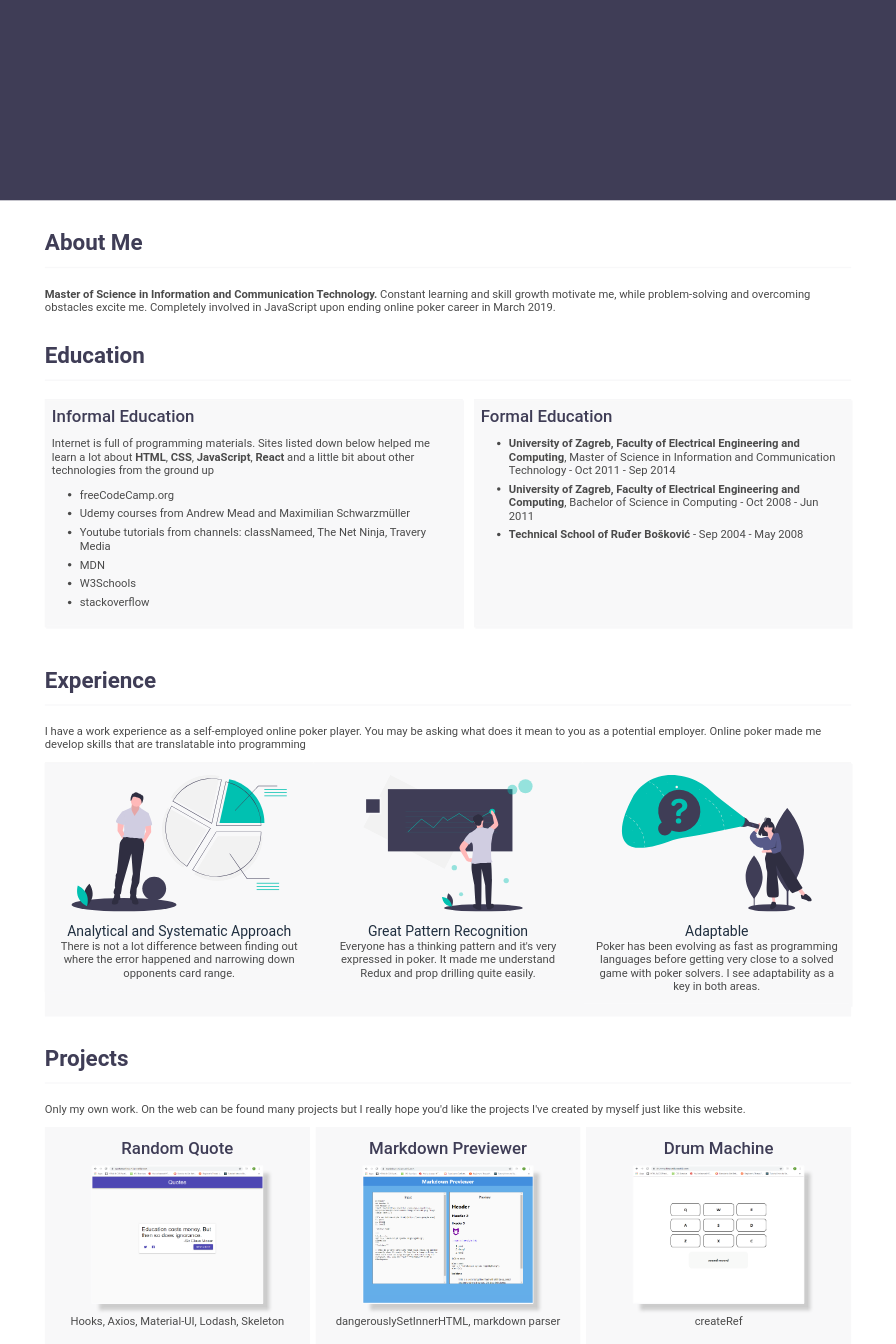
Repository: milac0/my-website
Page: /
These files come from the project's save history. The page is drawn as it stood at one moment and after the next save; the edit follows.
The browser window is 1280 px wide. The pictures show the part of the page from y = 503 to 2423 px (the page is 3218 px tall before and 3182 px after), at 70% of full size.
The project was rebuilt for these pictures with package versions that can differ from the ones it lists, and the page was loaded fresh each time. Also part of the build but not shown: src/components/formContact.module.css, src/components/FormContact.js, src/pages/contact.module.css, src/pages/Contact.js. Imported but missing from the stored project, and not drawn on this page: src/resume.pdf.

Above is the page before, as saved 2019-10-31 10:17:26.

After the next save:
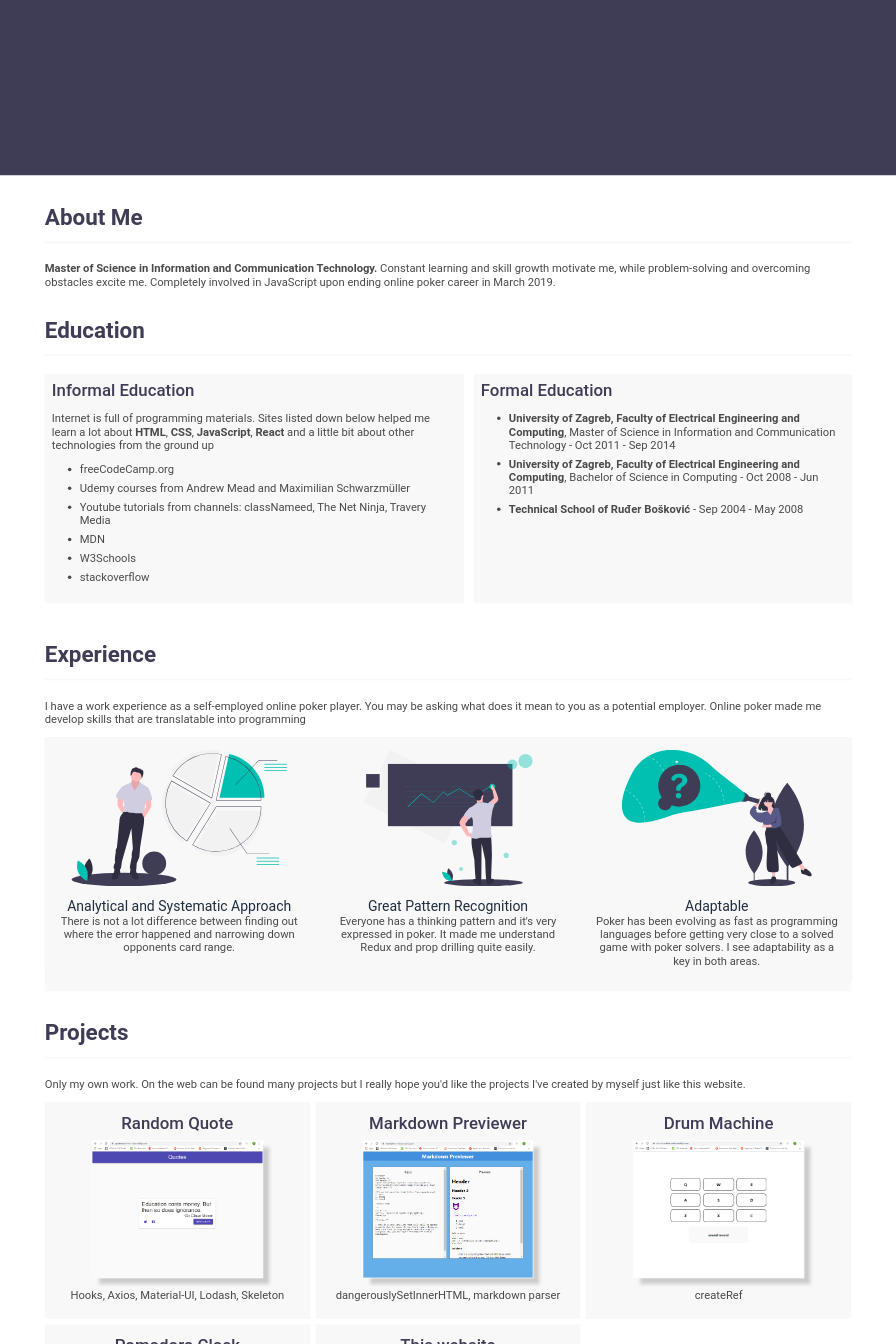
Saved 14 s later.
--- a/src/index.css
+++ b/src/index.css
@@ -21,7 +21,7 @@ header,
 }
 
 .hero {
-  height: 100vh;
+  height: 95vh;
   margin-bottom: 2em;
 }
 
